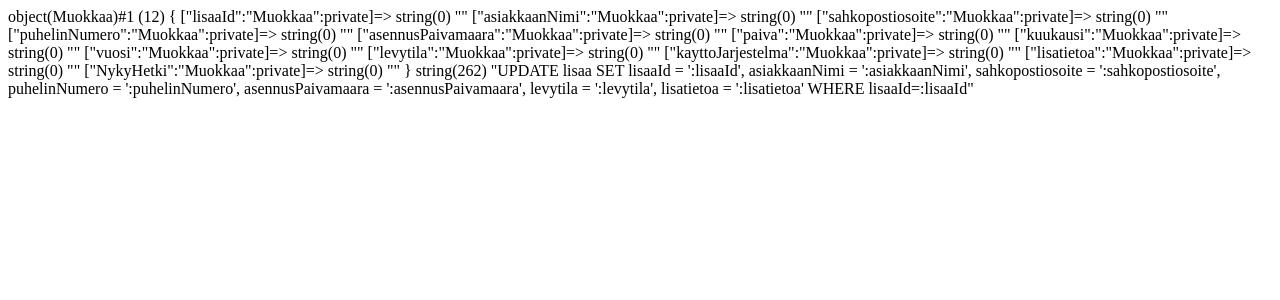
Repository: TommiKurjensalo/php
Page: http://localhost/test/function_to_function.php
An editor plug-in stored every save of this project. The page is shown before and after the next save, followed by the edit.
The browser window is 1280 px wide. The pictures show the whole page.
The page is run by PHP 8.4 with error messages shown; the project is at /var/www/html/.

Above is the page before, as saved 2017-04-25 16:23:47.

After the next save:
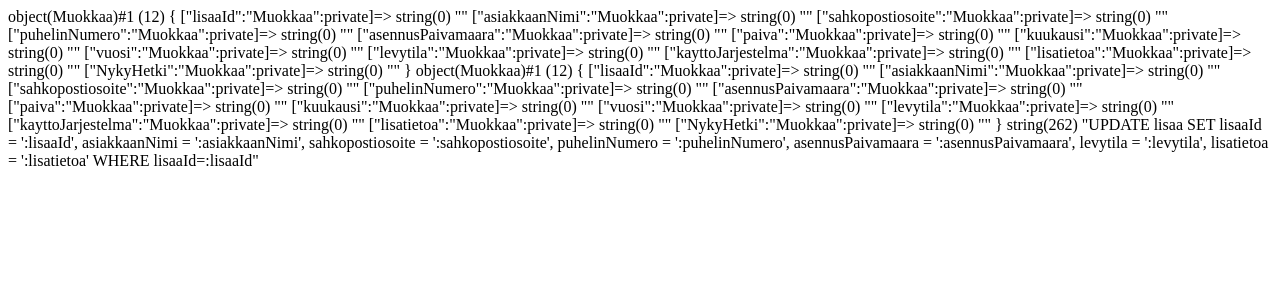
Saved 47 s later.
--- a/sivut/test/function_to_function.php
+++ b/sivut/test/function_to_function.php
@@ -1,6 +1,7 @@
 <?php
 
 $m = new Muokkaa();
+var_dump($m);
 $m->muokkaaAsiakas($m);
 
 class Muokkaa {
